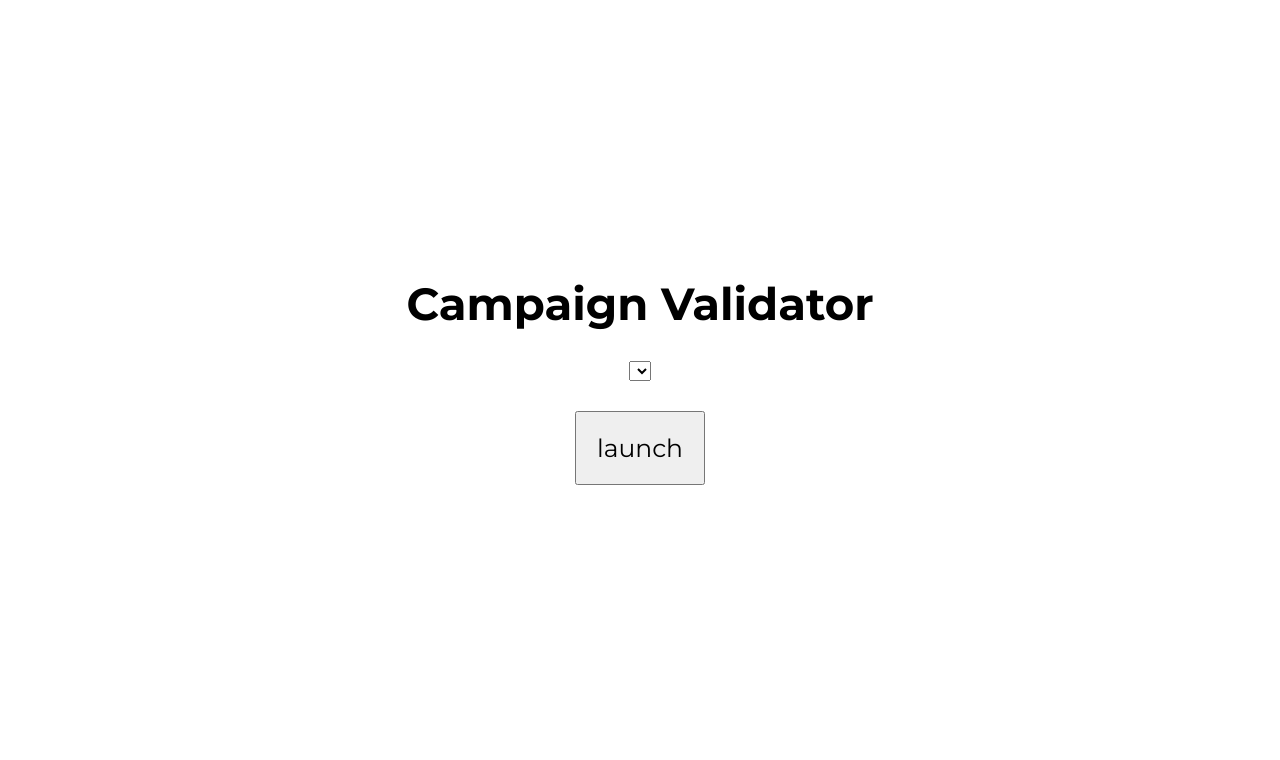
Repository: AbApin/project
Page: / (app in frontend/)
The author's editor kept a copy of each file at every save. The page is drawn from the files as they stood at one save, then again after a run of saves.
The browser window is 1280 px wide. The pictures show the whole page.
The page's requests for data from a server got no answer. The project was rebuilt for these pictures with package versions that can differ from the ones it lists, and the page was loaded fresh each time. No one was signed in, and anything a server would have sent is missing. Also part of the build but not shown: frontend/vue.config.js.

Above is the page before, as saved 2023-02-21 15:55:15.

After the next 2 saves:
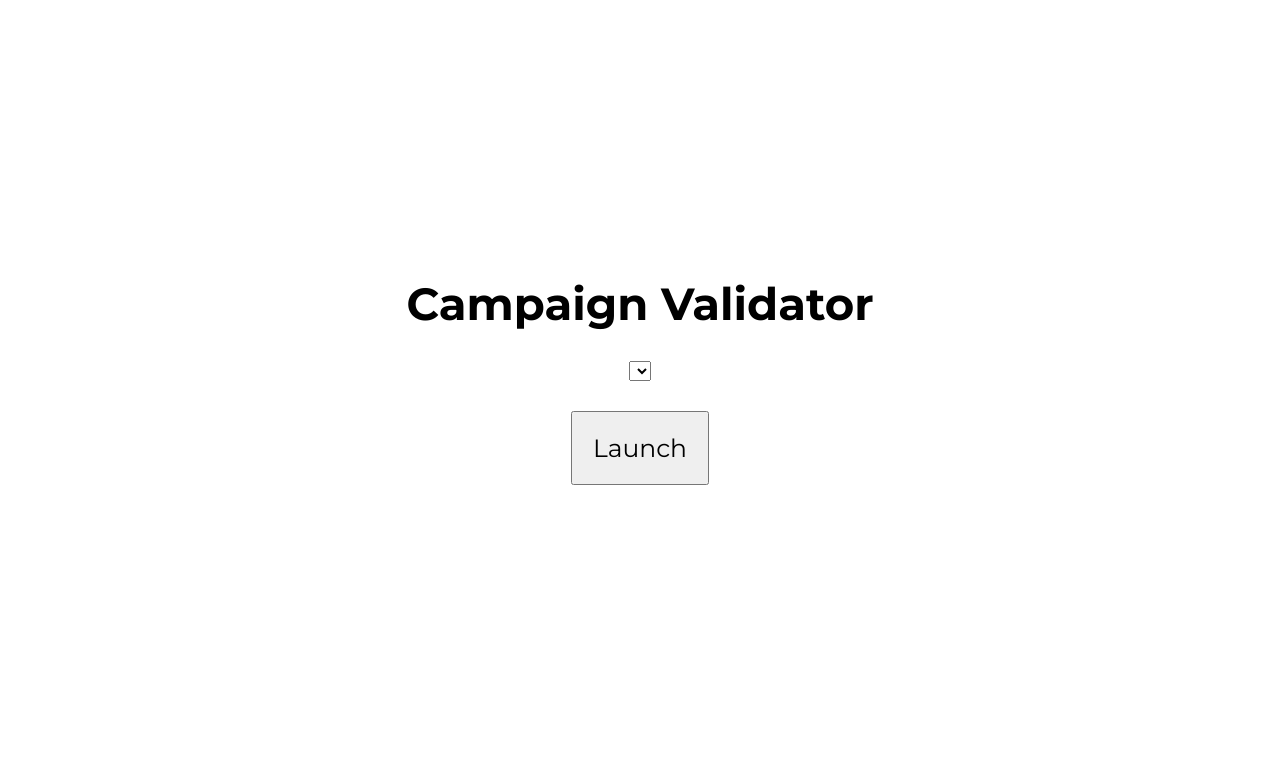
The 2 saves are shown as one change because they came seconds apart.
The last was saved 11 s later.
--- a/frontend/src/App.vue
+++ b/frontend/src/App.vue
@@ -43,8 +43,9 @@ export default {
 .appTitle {
   font-size: 45px;
 }
-.launchBtn{
+.launchBtn {
   font-size: 25px;
+  text-transform: capitalize;
   padding: 20px;
 }
 </style>
